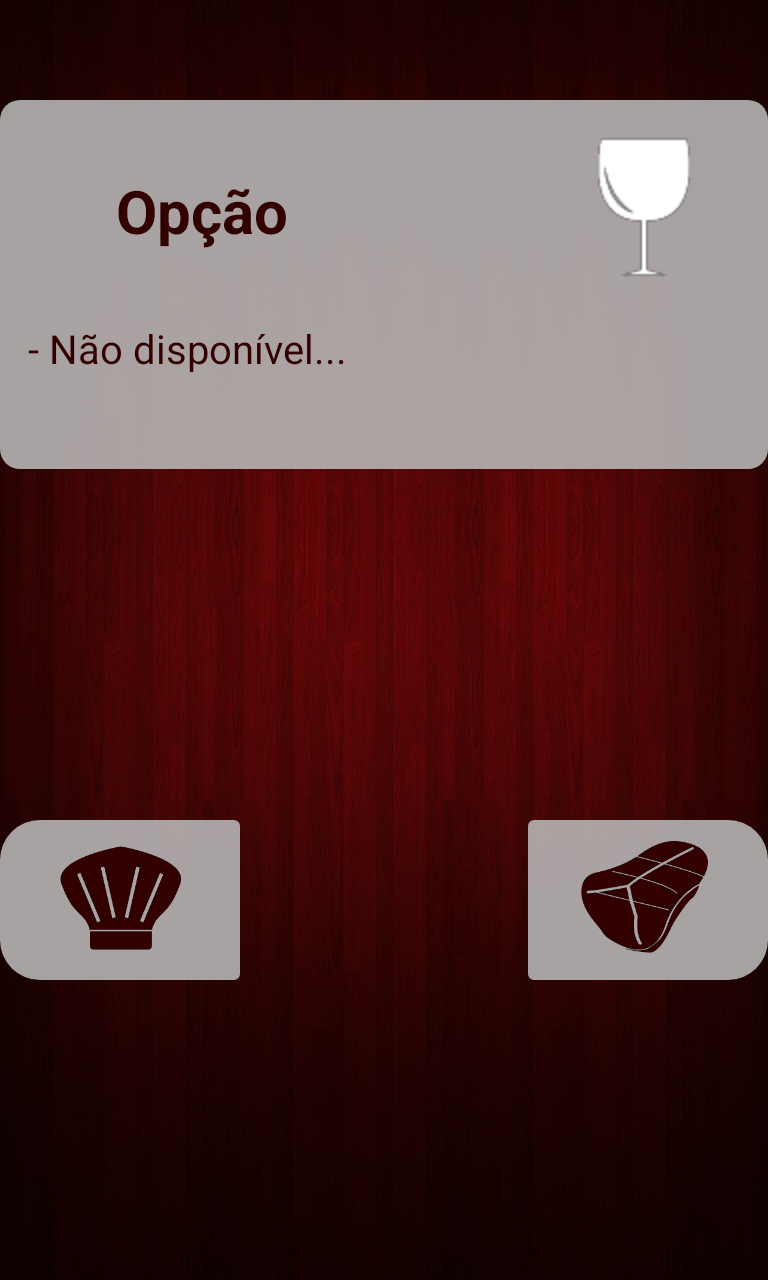
Repository: LuisFilipeDias/eMenu
Layout: SideMenuTutorial/res/layout/display_fragment.xml
The author's editor kept a copy of each file at every save. The layout is drawn from the files as they stood at one save, then again after the next save.
It is drawn on a 768 x 1280 px phone screen (xhdpi) without system bars, with theme Theme.Sherlock; the app's code is not run.

Above is the layout before, as saved 2013-12-23 19:26:58.

After the next save:
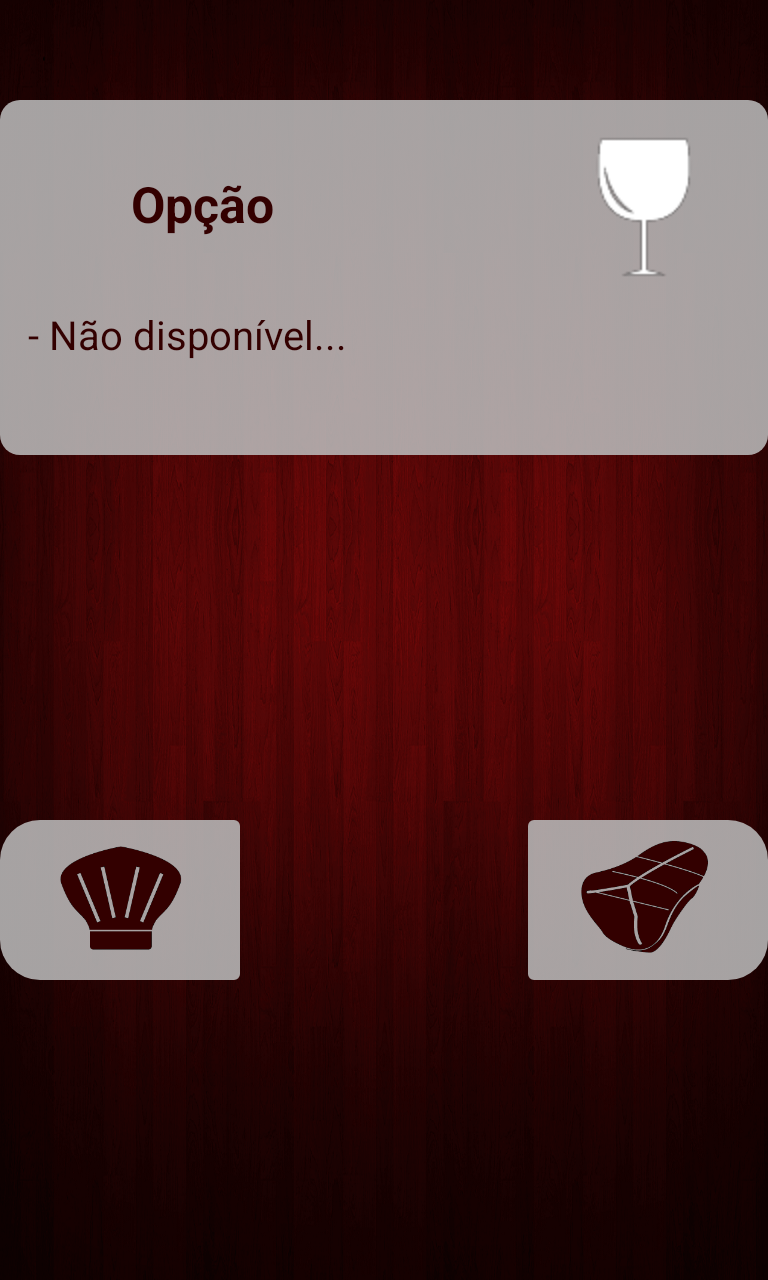
Saved 56 s later.
--- a/SideMenuTutorial/res/layout/display_fragment.xml
+++ b/SideMenuTutorial/res/layout/display_fragment.xml
@@ -43,7 +43,7 @@
                     android:text="@string/bogus_ttl"
                     android:textAppearance="?android:attr/textAppearanceLarge"
                     android:textColor="@color/brown"
-                    android:textSize="30sp"
+                    android:textSize="25sp"
                     android:textStyle="bold" />
 
                 <TextView
